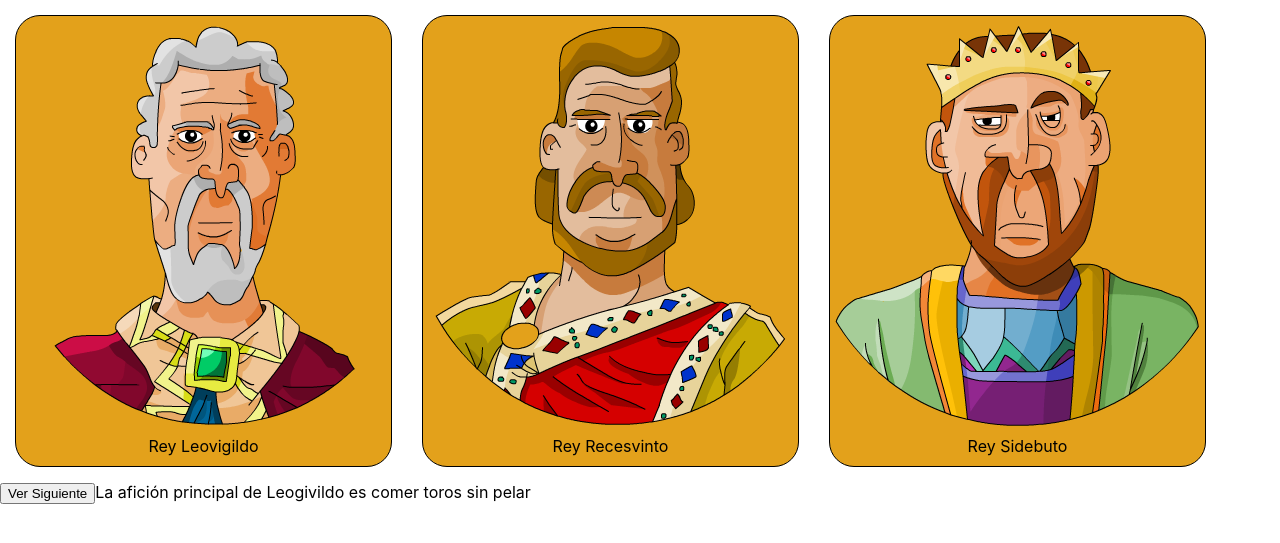
Repository: abgdev1997/ejercicios-react
Page: /
An editor plug-in stored every save of this project. The page is shown before and after the next save, followed by the edit.
The browser window is 1280 px wide. The pictures show the whole page.
The project was rebuilt for these pictures with package versions that can differ from the ones it lists, and the page was loaded fresh each time.

Above is the page before, as saved 2022-02-22 13:24:05.

### public/index.html
<!DOCTYPE html>
<html lang="en">
  <head>
    <meta charset="utf-8" />
    <link rel="icon" href="%PUBLIC_URL%/favicon.ico" />
    <meta name="viewport" content="width=device-width, initial-scale=1" />
    <meta name="theme-color" content="#000000" />
    <meta
      name="description"
      content="Web site created using create-react-app"
    />
    <link rel="apple-touch-icon" href="%PUBLIC_URL%/logo192.png" />
    <link rel="manifest" href="%PUBLIC_URL%/manifest.json" />
    <title>Reyes Godos</title>
  </head>
  <body>
    <noscript>You need to enable JavaScript to run this app.</noscript>
    <div id="root"></div>
  </body>
</html>

### src/App.js
import "./App.css";
import leovigildo from "./rey_leogivildo.png";
import recesvinto from "./rey_recesvinto.png";
import sisebuto from "./rey_sisebuto.png";
import incognito from "./rey_incognito.png";
import { useState } from "react";

function App() {
  const reyesGodos = [
    {
      nombre: "Leogivildo",
      aficion: "comer toros sin pelar",
    },
    {
      nombre: "Recesvinto",
      aficion: "leer a Hegel en arameo",
    },
    {
      nombre: "Sisebuto",
      aficion: "la cría del escarabajo en almíbar",
    },
  ];

  const [mensaje, setMensaje] = useState(
    `La afición principal de ${reyesGodos[0].nombre} es ${reyesGodos[0].aficion}`
  );

  const [contador, setContador] = useState(1);

  const cambiarImagen = (e) => {
    if (e.target.src.includes("incognito")) {
      e.target.style.visibility = "hidden";
    } else {
      e.target.src = incognito;
    }
    e.target.parentNode.style.backgroundColor = "white";
    e.target.parentNode.style.borderColor = "white";
  };

  const cambiarTexto = (e) => {
    if (e.target.innerHTML.includes("Visto")) {
      e.target.style.visibility = "hidden";
    } else {
      e.target.innerHTML = "Visto";
    }
    e.target.style.backgroundColor = "white";
  };

  const cambiarMensaje = () => {
    setMensaje(
      `La afición principal de ${reyesGodos[contador].nombre} es ${reyesGodos[contador].aficion}`
    );
    if (contador === 2) {
      setContador(0);
    } else {
      setContador(contador + 1);
    }
  };

  return (
    <div className="App">
      <div className="cards-container">
        <div className="img">
          <img onClick={cambiarImagen} alt="Rey Leovigildo" src={leovigildo} />
          <span onClick={cambiarTexto} className="span">
            Rey Leovigildo
          </span>
        </div>
        <div className="img">
          <img onClick={cambiarImagen} alt="Rey Recesvinto" src={recesvinto} />
          <span onClick={cambiarTexto} className="span">
            Rey Recesvinto
          </span>
        </div>
        <div className="img">
          <img onClick={cambiarImagen} alt="Rey Sisebuto" src={sisebuto} />
          <span onClick={cambiarTexto} className="span">
            Rey Sidebuto
          </span>
        </div>
      </div>
      <div className="mensaje-container">
        <button onClick={cambiarMensaje}>Ver Siguiente</button>
        <span>{mensaje}</span>
      </div>
    </div>
  );
}

export default App;

### src/App.css
.App{
  display: flex;
  flex-direction: column;
  justify-content: center;
}

.cards-container {
  display: flex;
  flex-direction: row;
  align-items: center;
}

.img{
  background-color:#E3A11B;
  border-radius: 25px;
  display:flex;
  flex-direction: column;
  align-items:center;
  margin: 15px;
  padding-top: 10px;
  padding-bottom: 10px;
  border: 1px solid black;
}

.span{
  padding-top: 10px;
}

Loaded but not shown: src/index.js (common file); src/index.css (common file)

After the next save:
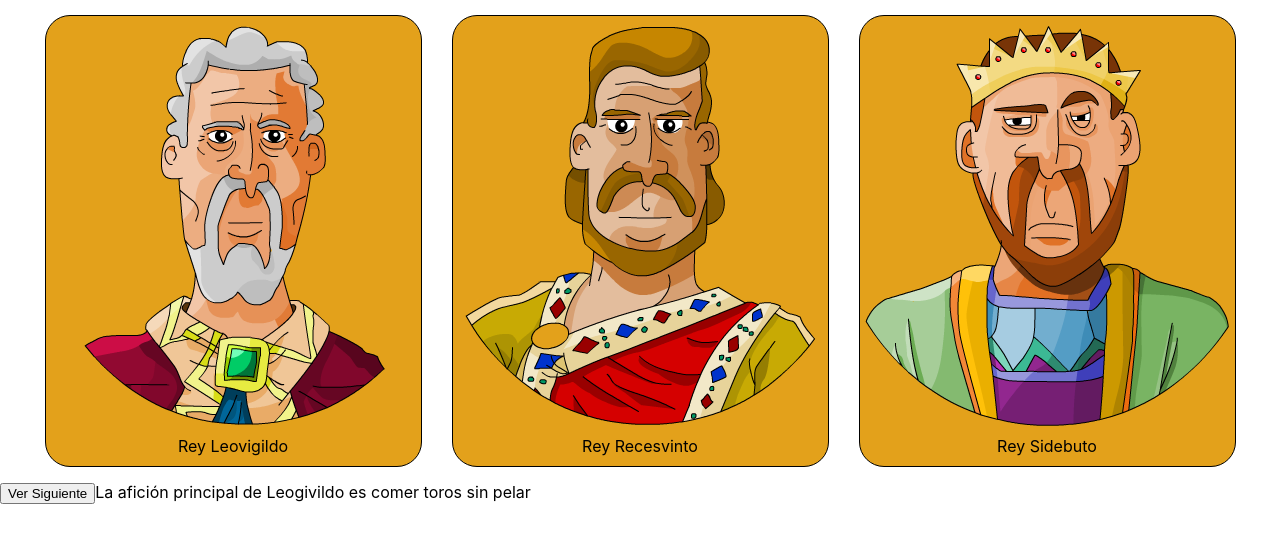
Saved 11 s later.
--- a/src/App.css
+++ b/src/App.css
@@ -7,7 +7,7 @@
 .cards-container {
   display: flex;
   flex-direction: row;
-  align-items: center;
+  justify-content: center;
 }
 
 .img{
